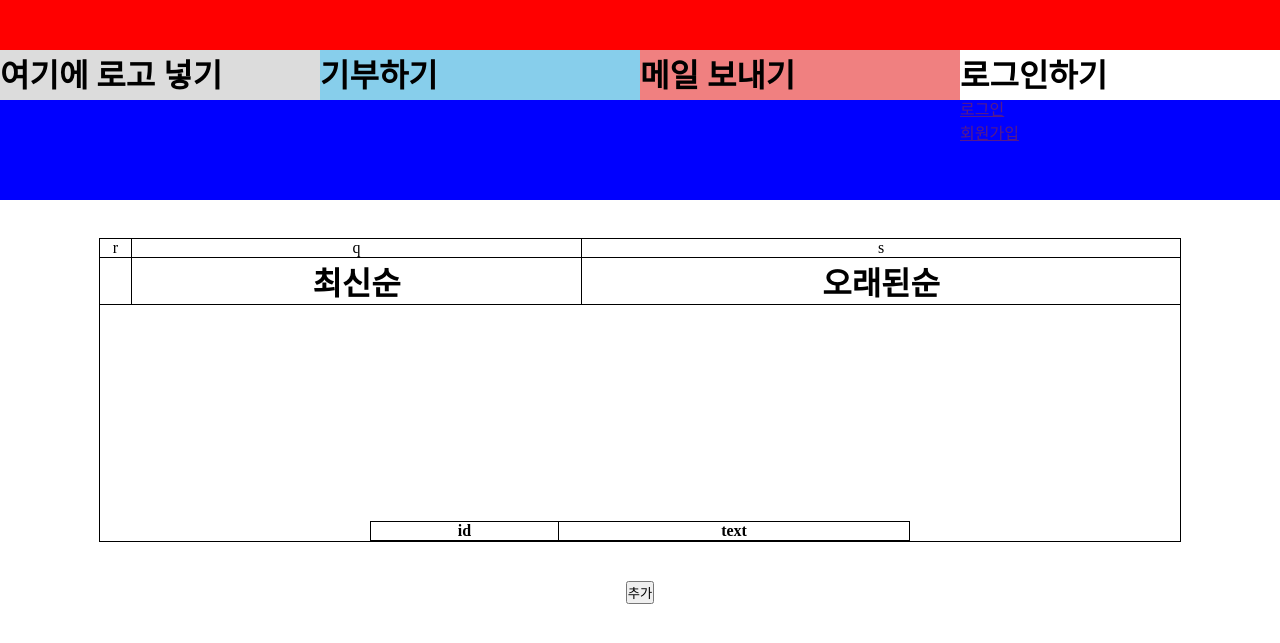
Repository: Yeojin0523/Survey
Page: http://localhost/Blog/Blog/list.jsp
The author's editor kept a copy of each file at every save. The page is drawn from the files as they stood at one save, then again after the next save.
The browser window is 1280 px wide. The pictures show the whole page.
The page is served by Tomcat 9. The template is opened directly, without the code that normally fills it, so the values that code supplies are empty.

Above is the page before, as saved 2024-07-29 05:35:42.

After the next save:
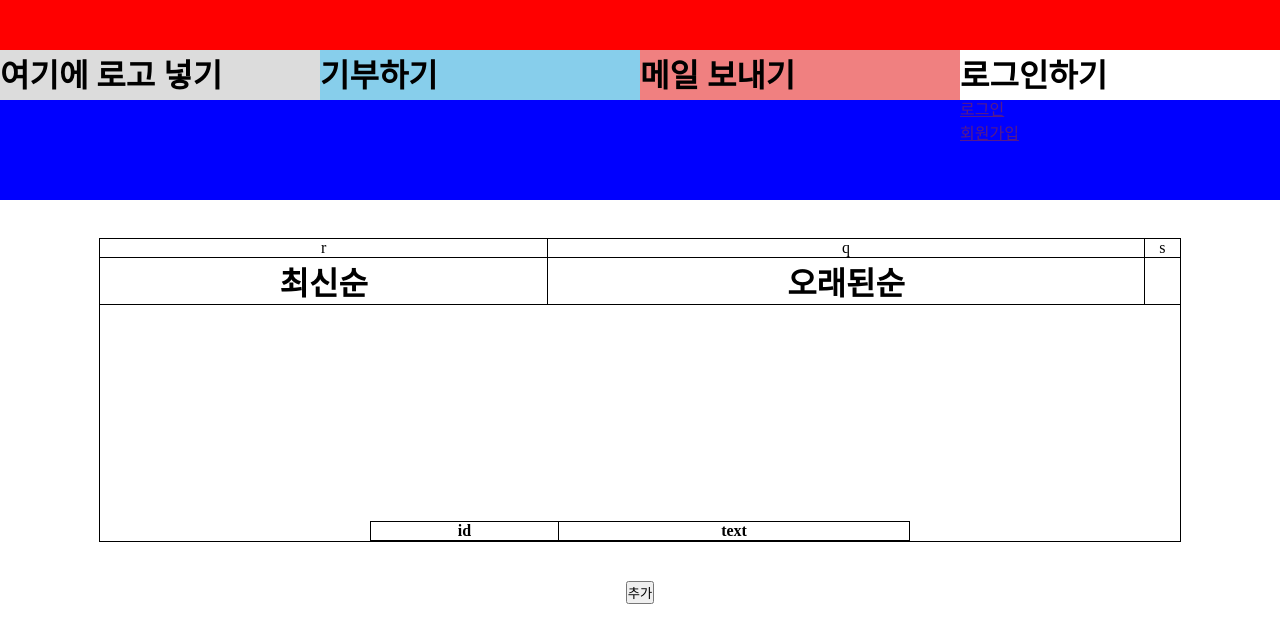
Saved 18 s later.
--- a/Blog/src/main/webapp/Blog/list.jsp
+++ b/Blog/src/main/webapp/Blog/list.jsp
@@ -62,7 +62,6 @@ ResultSet rs = null;
 				<td>s</td>
 			</tr>
 			<tr class="list">
-				<td class="emptySpace"></td>
 				<td>
 					<h1>최신순</h1>
 				</td>
